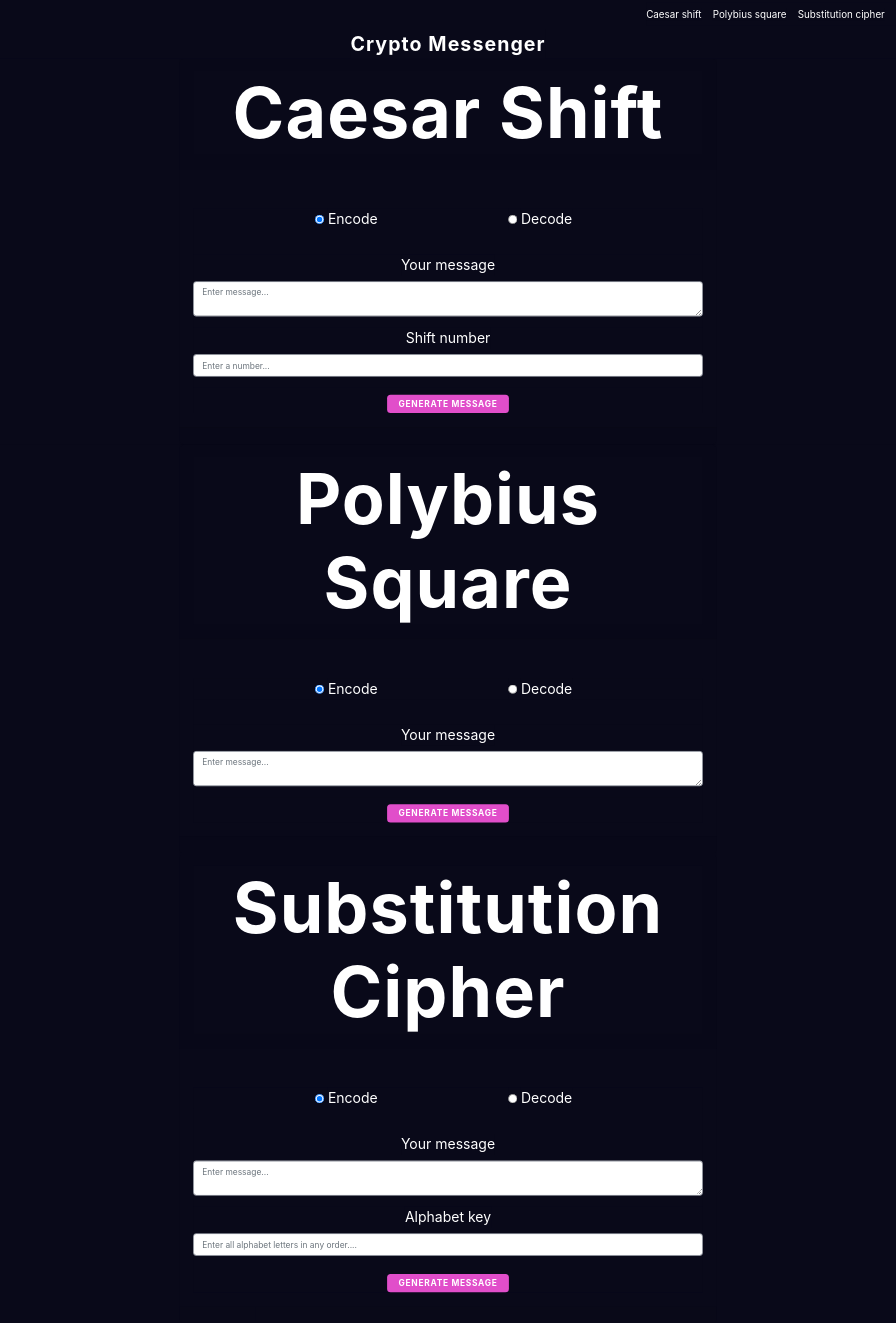
Repository: Rthompson2548/Project-Decoder-Ring
Page: index.html
An editor plug-in stored every save of this project. The page is shown before and after the next save, followed by the edit.
The browser window is 1280 px wide. The pictures show the whole page, at 70% of full size.

Above is the page before, as saved 2022-04-09 20:19:13.

### index.html
<!DOCTYPE html>
<html lang="en">

<head>
  <!-- Required meta tags -->
  <meta charset="utf-8" />
  <meta name="viewport" content="width=device-width, initial-scale=1, shrink-to-fit=no" />
  <link rel="icon" href="images/favicon.ico" />
  <link rel="stylesheet" type="text/css" href="index.css" />
  <link rel="stylesheet" href="https://stackpath.bootstrapcdn.com/bootstrap/4.5.2/css/bootstrap.min.css"
    integrity="sha384-JcKb8q3iqJ61gNV9KGb8thSsNjpSL0n8PARn9HuZOnIxN0hoP+VmmDGMN5t9UJ0Z" crossorigin="anonymous" />
<link rel="preconnect" href="https://fonts.googleapis.com">
<link rel="preconnect" href="https://fonts.gstatic.com" crossorigin>
<link href="https://fonts.googleapis.com/css2?family=Archivo&family=Montserrat&family=Work+Sans&display=swap"
  rel="stylesheet">
  <title>Crypto-Messenger</title>
</head>

<body>
  <header class="container-fluid border-0">
    <div class="nav-bar fixed-top">
      <div class="nav-bar">
        <a href="#caesar-shift"> <span class="nav-bar-item">
            Caesar shift
          </span> </a>
          <a href="#polybius-square"> <span class="nav-bar-item">
            Polybius square
          </span> </a>
          <a href="#substitution-cipher"> <span class="nav-bar-item">
            Substitution cipher
          </span> </a>
      </div>
    </div>
  </header>
  <main>
    <div class="header">
      <span class="page-title">
        Crypto Messenger
      </span>
      <!-- <p>Use ciphers to encode & decode messages</p> -->
      </div>

    <div class="page-content">
      <!-- Caesar Shift -->
      <section>
        <div class="language-card" id="caesar-shift">
          <div class="card-header">
            <h2 class="language-card-title">Caesar Shift</h2>
            </div>
            <div class="card-body">

            <form id="caesar">
<!-- encode/decode radio option buttons -->
              <div class="encode-decode-options">
                <!-- encode option radio button -->
                <div class="form-check form-check-inline">
                  <input class="form-check-input" type="radio" name="caesar-options" id="caesar-options-encode" value="encode" checked />

                  <label class="form-check-label" for="caesar-options-encode">
                    Encode
                  </label>

                </div>
<!-- decode option radio button -->
                <div class="form-check form-check-inline">
                  <input class="form-check-input" type="radio" name="caesar-options" id="caesar-options-decode" value="decode" />

                  <label class="form-check-label" for="caesar-options-decode">
                    Decode
                  </label>

                </div>
              </div>

              <div class="form-group">
                <label for="caesar-input">Your message</label>
                <textarea class="form-control" id="caesar-input" rows="2" placeholder="Enter message..."></textarea>
                </div>
                <div class="form-group">
                  <label for="caesar-shift">Shift number</label>
                  <input type="number" class="form-control" id="caesar-shift" placeholder="Enter a number..." />
                </div>
              <div class="submit-button-container">
                <button class="submit-button" type="submit">GENERATE MESSAGE</button>
              </div>
            </form>
            </div>
          <div id="caesar-alert" class="alert alert-danger d-none" role="alert"> Something went wrong! Check your input
            and the shift amount and try again. </div>
          <div class="card-footer"><span class="font-weight-bold" id="caesar-output"></span> </div>
          </div>
          </section>
      <!-- Polybius -->
      <section>
        <div class="language-card" id="polybius-square">
          <div class="card-header">
            <h2 class="language-card-title">Polybius Square</h2>
            </div>
            <div class="card-body">
            <!-- <p class="language-card-description"> The Polybius Square is a cipher that is achieved by arranging a
              typical alphabet into a grid. Each letter is represented through a coordinate. For example, in the above
              table, the letter "B" would be represented by the numerical pair "21". </p> -->
            <form id="polybius">
              <div class="encode-decode-options">
                <div class="form-check form-check-inline">
                  <input class="form-check-input" type="radio" name="polybius-options" id="polybius-options-encode" value="encode"
                    checked />
                  <label class="form-check-label" for="polybius-options-encode">Encode</label>
                </div>
                <div class="form-check form-check-inline">
                  <input class="form-check-input" type="radio" name="polybius-options" id="polybius-options-decode" value="decode" />
                  <label class="form-check-label" for="polybius-options-decode">Decode</label>
                </div>
              </div>
              <div class="form-group">
                <label for="polybius-input">Your message</label>
                <textarea class="form-control" id="polybius-input" rows="2" placeholder="Enter message..."></textarea>
                </div>
              <div class="submit-button-container">
                <button class="submit-button" type="submit">GENERATE MESSAGE</button>
              </div>
            </form>
            </div>
          <div id="polybius-alert" class="alert alert-danger d-none" role="alert"> Something went wrong! Check your
            input and try again. </div>
          <div class="card-footer"><span class="font-weight-bold" id="polybius-output"></span> </div>
          </div>
          </section>
      <!-- Substitution -->
      <section id="substitution-cipher">
        <div class="language-card">
          <div class="card-header">
            <h2 class="language-card-title">Substitution Cipher</h2>
            </div>
            <div class="card-body">

            <form id="substitution">
              <div class="encode-decode-options">
                <div class="form-check form-check-inline">
                  <input class="form-check-input" type="radio" name="substitution-options" id="substitution-options-encode"
                    value="encode" checked />
                  <label class="form-check-label" for="substitution-options-encode">Encode</label>
                </div>
                <div class="form-check form-check-inline">
                  <input class="form-check-input" type="radio" name="substitution-options" id="substitution-options-decode"
                    value="decode" />
                  <label class="form-check-label" for="substitution-options-decode">Decode</label>
                </div>
              </div>
              <div class="form-group">
                <label for="substitution-input">Your message</label>
                <textarea class="form-control" id="substitution-input" rows="2" placeholder="Enter message..."></textarea>
                </div>
                <div class="form-group">
                  <label for="substitution-alphabet">Alphabet key</label>
                  <input type="text" class="form-control" id="substitution-alphabet" maxlength="26"
                    placeholder="Enter all alphabet letters in any order...." />
                </div>
              <div class="submit-button-container">
                <button class="submit-button" type="submit">GENERATE MESSAGE</button>
              </div>
            </form>
            </div>
          <div id="substitution-alert" class="alert alert-danger rounded-0 d-none" role="alert"> Something went wrong!
            Check your input and alphabet key. </div>
          <div class="card-footer border-0"><span class="font-weight-bold" id="substitution-output"></span> </div>
          </div>
          </section>
    </div>

  </main>
  <script src="./scripts/setup.js"></script>
  <script src="./src/caesar.js"></script>
  <script src="./src/polybius.js"></script>
  <script src="./src/substitution.js"></script>
  <script src="./scripts/caesar.js"></script>
  <script src="./scripts/polybius.js"></script>
  <script src="./scripts/substitution.js"></script>
</body>

</html>

### index.css
* {
  background-color: rgb(9 9 25);
  color: #fff;
  margin: 0;
  padding: 0;
}

html, body, #page {
    /* height:100%; */
    /* width:100%; */
    margin:0;
    padding:0;
    font-family: 'Montserrat', sans-serif;
}

input, textarea {
  font-size: 12px !important;
}

.page-content {
  /* font-family: 'Space Mono', monospace; */
  align-items: center;
  /* width: 750px; */
}

.page-title {
  color: #fff;
  font-size: 28px;
  font-weight: bold;
  display: flex;
  letter-spacing: 1.5px;
  justify-content: center;
  margin-top: 42px;
}

.nav-bar {
  display: flex;
  justify-content: center;
  padding: 4px 0;
}

.nav-bar-item {
  font-size: 14px;
  margin-right: 16px;
}

.header {
  display: flex;
  justify-content: center;
}

.encode-decode-options {
  display: flex;
  justify-content: space-evenly;
  margin: 36px 0;
  font-size: 15px;
}

section {
  text-align: center;
}

label {
  font-size: 20px;
}

.language-card {
  display: inline-block;
  width: 60%;
  color: #000;
  border: none;
  border-radius: 8px;
  margin: 0 10%;
}

.language-card-title {
  font-size: 100px !important;
  font-weight: bold;
  letter-spacing: 1.5px;
  margin-top: 5px;
}

.language-card-description {
  font-size: 14px;
  line-height: 1.5rem;
  letter-spacing: 0.5px;
  margin-bottom: 18px;
}

.submit-button-container {
  display: flex;
  justify-content: center;
}

.submit-button {
  background-color: rgb(225 78 202);
  border: none;
  color: #fff;
  border-radius: 5px;
  padding: 4px 16px;
  margin-top: 10px;
  font-size: 12px;
  letter-spacing: 1px;
  font-weight: bold;
}

@media (min-width: 1000px) {

  .page-content {

  }

  .nav-bar {
    justify-content: end;
  }

  .language-card-title {
    font-size: 16px;
  }

  .language-card-description {
    font-size: 12px;
  }


}

### src/caesar.js
const caesarModule = (function() {
    function caesar(input, shift, encode = true) {
        if (!shift || shift === 0 || shift < -25 || shift > 25) return false;
        /* create a variable that takes the input value and converts it to lower case letters so that all characters have the correct ascii values */
        let word = input.toLowerCase().split("");

        /** will subtract the shift value from the word if "decode" to return the original letters of the word */
        if (!encode) shift = 0 - shift;
        // create a variable that maps each letter of the word
        const message = word.map((letter) => {
            let asciiValue = letter.charCodeAt(0) - 97;
            if (asciiValue < 0 || asciiValue > 26) return letter;

            /* add the ascii code value of the letter to the
            shift argument value to convert  it to the right
            character */
            asciiValue += shift;

            /* if the character's value is less than the 'a' value,
            add 26 to it so that it wraps around the alphabet. */
            if (asciiValue < 0) asciiValue += 26;
            asciiValue = asciiValue % 26;

            /* why do we add the ascii value to 97, which is 'a', if
            we already added it's ascii value to shift? Isn't that how
            we encode the message? */

            asciiValue += 97;

            /* user String.fromCharCode to connect the ascii
            code message back to letter values */
            return String.fromCharCode(asciiValue);
        });

        /* join each new character together to create a full word */
        return message.join("");
    }


    return {
        caesar,
    };
})();

module.exports = {
    caesar: caesarModule.caesar
};

### src/polybius.js
const polybiusModule = (function() {
    function polybius(input, encode = true) {
        /* create a variable that takes the input message, converts it all to lowercase, and use split to return an array of each letter separated by a single comma */
        const split = input.toLowerCase().split("");
        /* create an array of every letter(s) in the polybius square. This array will be separated into multiple inner arrays of letters within the array according to their row */
        const polybiusSquare = [
            ["a", "b", "c", "d", "e"],
            ["f", "g", "h", "(i/j)", "k"],
            ["l", "m", "n", "o", "p"],
            ["q", "r", "s", "t", "u"],
            ["v", "w", "x", "y", "z"],
        ];
        /* create an if statement for what to do if the inputted message should be encoded */
        if (encode) {
            /* create a variable that uses map method on the lowercase message */
            const codedMessage = split.map((letter) => {
                /* create a variable that takes each character from the inputted message array and converts it into it's unicode value. */
                const asciiLetterValue = letter.charCodeAt(0);
                /* use an if statement to return only characters between
                   lowercase 'a' and 'z' ascii values, as well as checking that
                   the character is not a space  */
                if ((asciiLetterValue < 97 || asciiLetterValue > 122) && asciiLetterValue != 32) return;
                /* run a for loop through the polybius square array */
                for (let i = 0; i < polybiusSquare.length; i++) {
                    /* run a for loop within that for loop through each inner array */
                    for (let j = 0; j < polybiusSquare[i].length; j++) {
                        if (polybiusSquare[i][j] === letter) return `${j + 1}${i + 1}`;
                        if (letter === "i" || letter === "j") return "42";
                        if (letter === " ") return " ";
                    }
                }
            });
            /* return the variable that split and lower case'd the original message argument */
            return codedMessage.join("");
        }

        /* decode */

        /* set a variable as an empty string to hold decoded message */
        let codedMessage = "";
        /* run a for loop through the message array, but increment i by 2, because each encoded character amounts to 2 number values */
        for (let i = 0; i < split.length; i += 2) {
            /* create an if statement that checks if the value in the message is a space */
            if (split[i] === " ") {
                /* if the value is true, then add a space string to the decoded message string */
                codedMessage += " ";
                /* switch incrementor to go back one "a" value in order to not include the next number in the string */
                i--;
                /* run a continue statement, which will terminate the i-1 incrementor and return back to a+=2 for the next numbers in the string*/
                continue;
            }
            if (!split[i + 1]) return false; // invalid number of characters
            codedMessage += polybiusSquare[split[i + 1] - 1][split[i] - 1];
        }
        // return the coded message

        return codedMessage;
    }

    return {
        polybius,
    };
})();

module.exports = {
    polybius: polybiusModule.polybius
};

### src/substitution.js
const substitutionModule = (function () {
/* helper function for message and both alphabet strings */
    function mapInput(message, alphabetA, alphabetB) {

        /* use the map method on the input message */
        return message.map((letter) => {
            const index = alphabetA.indexOf(letter);
            /* if statement that returns any characters that
             were not found in the string */
            if (index === -1) return letter;
            return alphabetB[index];
        });
    }

  function substitution(input, alphabet, encode = true) {
        if (!alphabet || alphabet.length != 26) return false;

        /* variable that takes the correct alphabet
        string and returns an array of the letters, separated by a comma */
        const abc = "abcdefghijklmnopqrstuvwxyz".split("");

        /* variable that takes the alphabet argument and
        returns it in lower case, separated by commas */
        const splitAlphabet = alphabet.toLowerCase().split("");

        /* variable that takes the message argument,
        and returns it converted to lower case and separated
        by commas */
        const message = input.toLowerCase().split("");

        /* use a nested for loop to compare the characters
          in the alphabet argument to check for uniqueness */
        for (let i = 0; i < splitAlphabet.length; i++) {
            for (let j = i + 1; j < splitAlphabet.length; j++) {
                if (splitAlphabet[i] === splitAlphabet[j]) return false;
            }
        }

        if (encode) return mapInput(message, abc, splitAlphabet).join("");
        return mapInput(message, splitAlphabet, abc).join("");
}

  return {
    substitution,
  };
})();

module.exports = { substitution: substitutionModule.substitution };

### scripts/caesar.js
function caesarRenderer() {

  const form = document.querySelector("#caesar");

  form.addEventListener("submit", (event) => {
    event.preventDefault();

    /** grabs input value via the textarea's id */
    const input = event.target["caesar-input"].value;

    /** direction will be either "encode" or "decode" */
    const direction = event.target["caesar-options"].value;

    /** grabs the value of the shift number input (aka the number to shift the message by) */
    const shift = event.target["caesar-shift"].value;

    /** sets the value of the shift in integer form */
    const result =
      direction === "encode"
        ? caesarModule.caesar(input, Number(shift))
        : caesarModule.caesar(input, Number(shift), false);

    const alert = document.querySelector("#caesar-alert");

    if (result) {
      alert.classList.add("d-none");
      const output = document.querySelector("#caesar-output");
      output.innerHTML = result;
    } else {
      alert.classList.remove("d-none");
    }
  });
}

document.addEventListener("DOMContentLoaded", caesarRenderer);

### scripts/polybius.js
function polybiusRenderer() {
  const form = document.querySelector("#polybius");
  form.addEventListener("submit", (event) => {
    event.preventDefault();

    const input = event.target["polybius-input"].value;
    const direction = event.target["polybius-options"].value;
    const result =
      direction === "encode"
        ? polybiusModule.polybius(input)
        : polybiusModule.polybius(input, false);

    const alert = document.querySelector("#polybius-alert");
    if (result) {
      alert.classList.add("d-none");
      const output = document.querySelector("#polybius-output");
      output.innerHTML = result;
    } else {
      alert.classList.remove("d-none");
    }
  });
}

document.addEventListener("DOMContentLoaded", polybiusRenderer);

### scripts/substitution.js
function substitutionRenderer() {
  const form = document.querySelector("#substitution");
  form.addEventListener("submit", (event) => {
    event.preventDefault();

    const input = event.target["substitution-input"].value;
    const direction = event.target["substitution-options"].value;
    const alphabet = event.target["substitution-alphabet"].value;
    const result =
      direction === "encode"
        ? substitutionModule.substitution(input, alphabet)
        : substitutionModule.substitution(input, alphabet, false);

    const alert = document.querySelector("#substitution-alert");
    if (result) {
      alert.classList.add("d-none");
      const output = document.querySelector("#substitution-output");
      output.innerHTML = result;
    } else {
      alert.classList.remove("d-none");
    }
  });
}

document.addEventListener("DOMContentLoaded", substitutionRenderer);

Loaded but not shown: scripts/setup.js (common file)

After the next save:
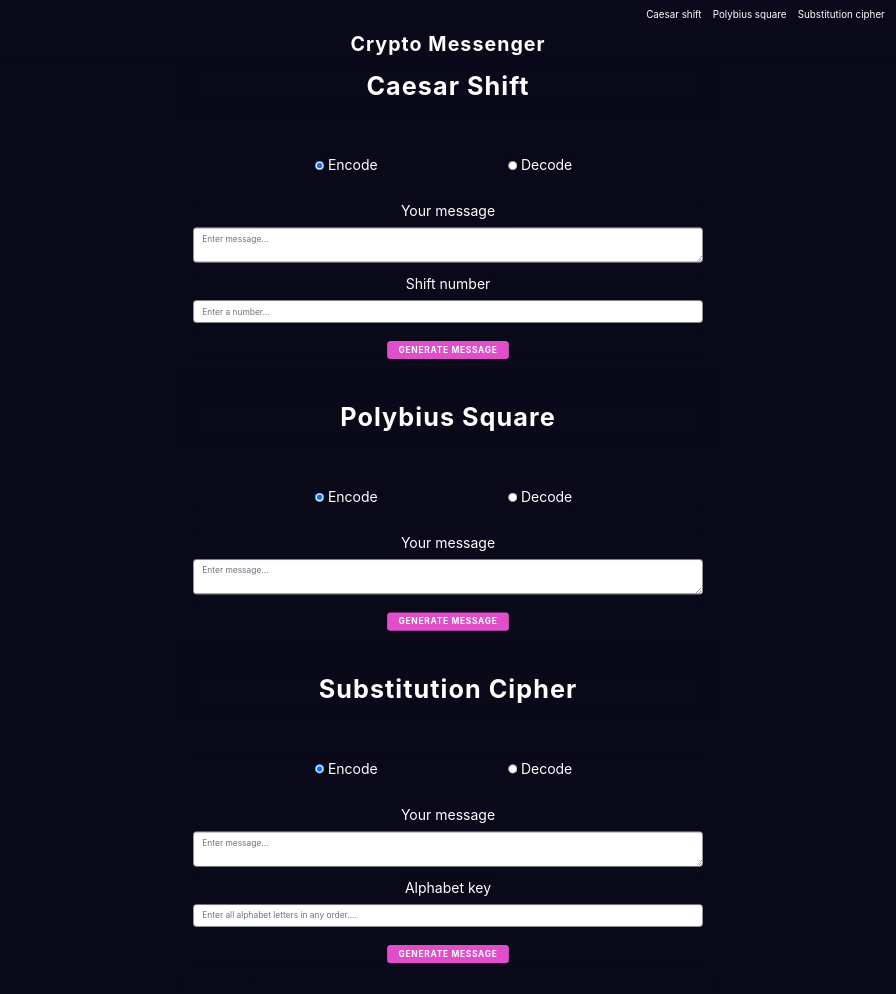
Saved 10 s later.
--- a/index.css
+++ b/index.css
@@ -74,7 +74,7 @@ label {
 }
 
 .language-card-title {
-  font-size: 100px !important;
+  font-size: 36px !important;
   font-weight: bold;
   letter-spacing: 1.5px;
   margin-top: 5px;
